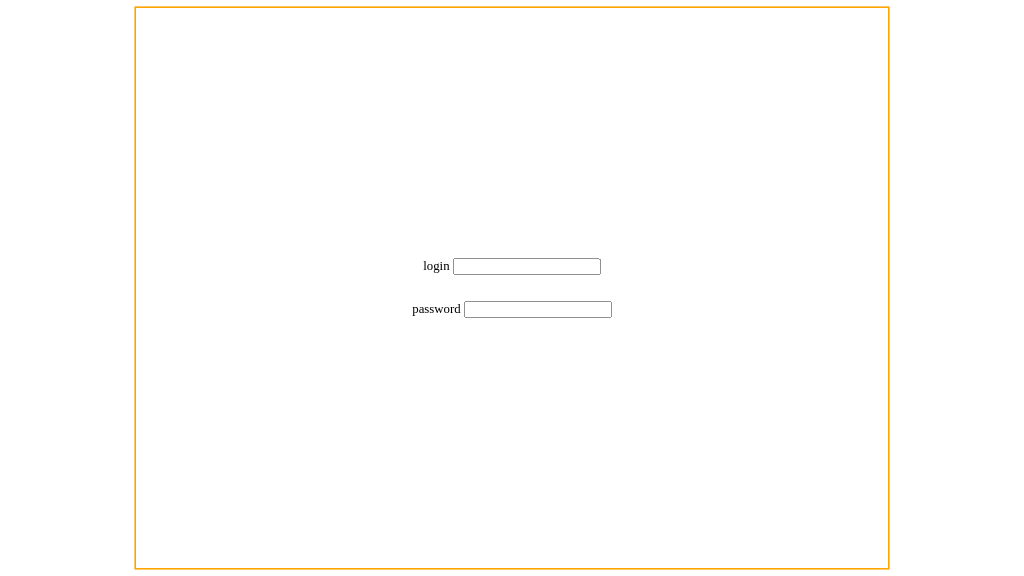
Repository: AndreyMykulych/javascript
Page: 11/index.html
These files come from the project's save history. The page is drawn as it stood at one moment and after the next save; the edit follows.
The browser window is 1280 px wide. The pictures show the whole page, at 80% of full size.

Above is the page before, as saved 2023-04-27 22:21:11.

### 11/index.html
<!DOCTYPE html>
<html lang="en">
<head>
    <meta charset="UTF-8">
    <meta http-equiv="X-UA-Compatible" content="IE=edge">
    <meta name="viewport" content="width=device-width, initial-scale=1.0">
    <title>Document</title>
</head>
<script src="one.js"></script>
<style>
     .auth{
         display: flex;
         flex-direction: column;
         justify-content: center;
        width: 58.75rem;
        height: 43.75rem;
        margin: 0 auto;
        border: 2px solid orange;
    }
    .passPar,.loginPar{
        text-align: center;
    }

</style>
<body>
    <form class="auth" disabled="">
    <p class="loginPar">
        <label for="login">login</label>
        <input type="text" name="login">
    </p>
    <p class="passPar">
        <label for="password">password</label>
        <input type="password">
    </p>
    </form>
    <form class="pizzaForm">

    </form>
</body>
</html>

Loaded but not shown: 11/one.js (common file)

After the next save:
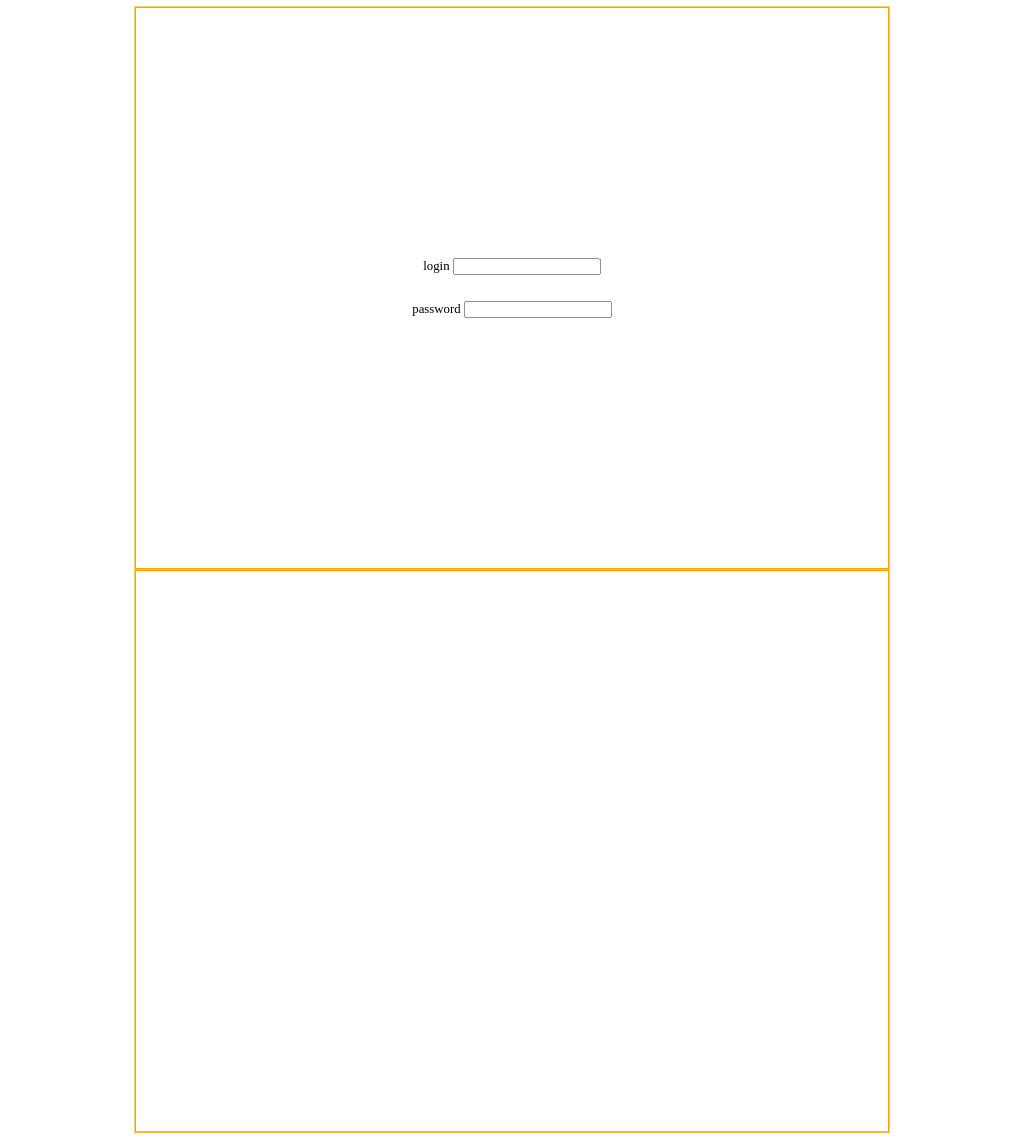
Saved 41 s later.
--- a/11/index.html
+++ b/11/index.html
@@ -20,7 +20,12 @@
     .passPar,.loginPar{
         text-align: center;
     }
-
+    .pizzaForm{
+        width: 58.75rem;
+        height: 43.75rem;
+        margin: 0 auto;
+        border: 2px solid orange;
+    }
 </style>
 <body>
     <form class="auth" disabled="">

After the save that followed:
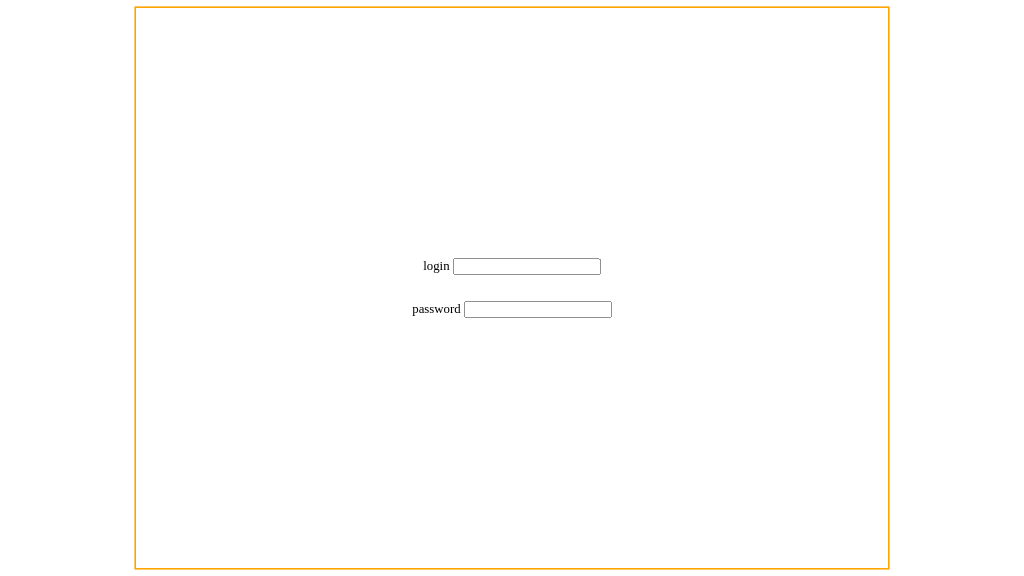
Saved 11 s later.
--- a/11/index.html
+++ b/11/index.html
@@ -21,6 +21,7 @@
         text-align: center;
     }
     .pizzaForm{
+        display: none;
         width: 58.75rem;
         height: 43.75rem;
         margin: 0 auto;
